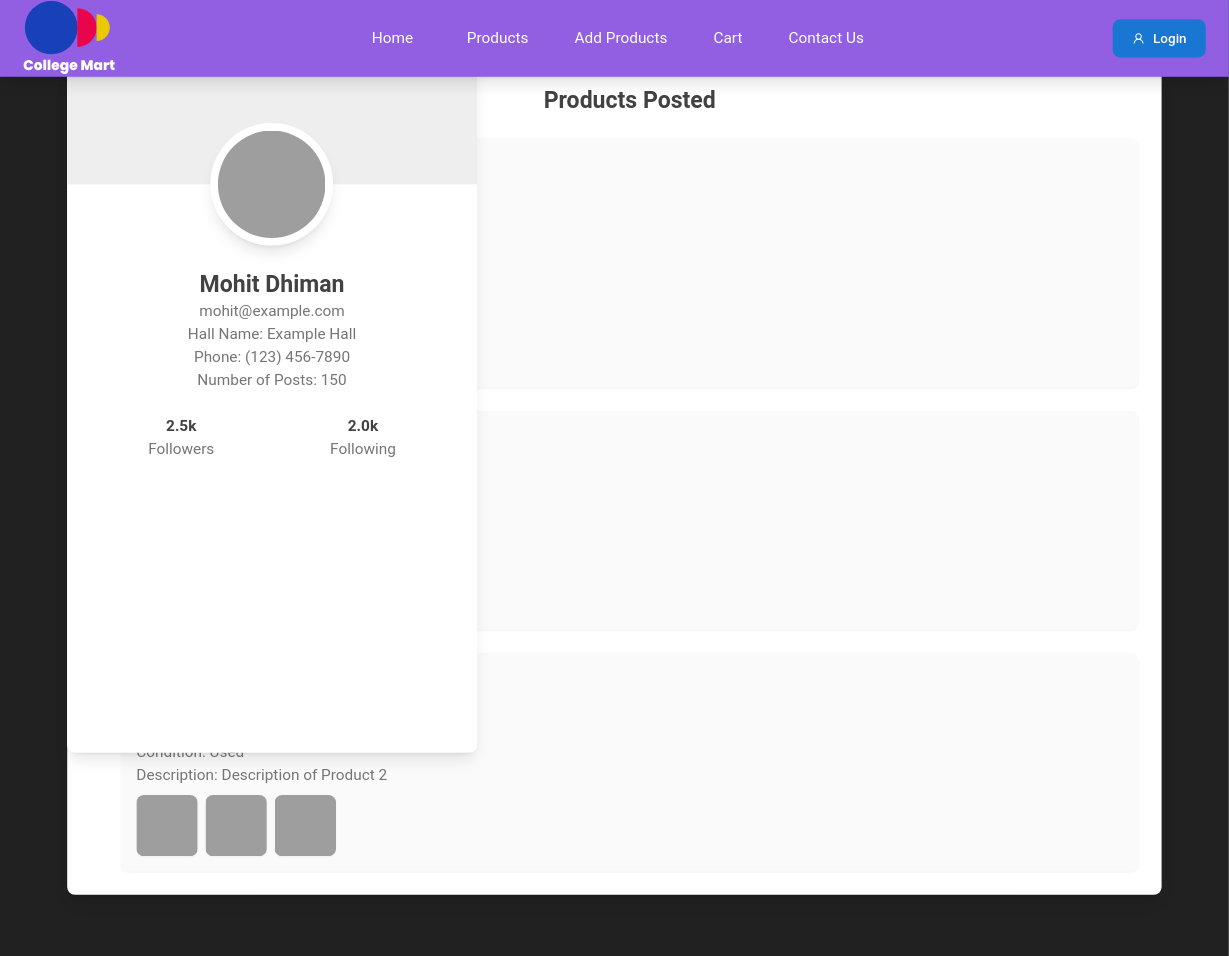
Repository: kumar1397/College-Mart
Page: /home/profile
An editor plug-in stored every save of this project. The page is shown before and after the next save, followed by the edit.
The browser window is 1280 px wide. The pictures show the whole page, at 96% of full size.
Pictures or frames that could not be fetched are drawn as grey boxes. Some web fonts or font styles are not loaded; a fallback is used. Some web libraries are served in a nearby version. The project was rebuilt for these pictures with package versions that can differ from the ones it lists, and the page was loaded fresh each time. Also part of the build but not shown: src/components/forgetPassword/forgetpassword.jsx, src/components/Auth.js, src/components/hero/Heronavbar.jsx, src/components/hero/footer.jsx, src/components/hero/Carousel.jsx, src/components/hero/Hero.jsx, src/components/new-home-page/header.jsx, src/components/new-home-page/footer_cont.jsx and 12 more.

Above is the page before, as saved 2024-07-15 15:42:23.

### public/index.html
<!DOCTYPE html>
<html lang="en">
  <head>
    <meta charset="utf-8" />
    <!-- <link rel="icon" href="%PUBLIC_URL%/favicon.ico" /> -->
    <meta name="viewport" content="width=device-width, initial-scale=1" />
    <meta name="theme-color" content="#000000" />

    <meta
      name="description"
      content="Web site created using create-react-app"
    />
    <link rel="preconnect" href="https://fonts.googleapis.com" />
    <link rel="preconnect" href="https://fonts.gstatic.com" crossorigin />
    <link
      href="https://fonts.googleapis.com/css2?family=Playwrite+GB+S:ital,wght@0,100..400;1,100..400&display=swap"
      rel="stylesheet"
    />
    <link rel="preconnect" href="https://fonts.googleapis.com" />
    <link rel="preconnect" href="https://fonts.gstatic.com" crossorigin />
    <link
      href="https://fonts.googleapis.com/css2?family=Archivo:ital,wght@0,100..900;1,100..900&family=Exo+2:ital,wght@0,600;1,600&display=swap"
      rel="stylesheet"
    />
    <link rel="preconnect" href="https://fonts.googleapis.com" />
    <link rel="preconnect" href="https://fonts.gstatic.com" crossorigin />
    <link
      href="https://fonts.googleapis.com/css2?family=Archivo:ital,wght@0,100..900;1,100..900&family=Exo+2:ital,wght@0,600;1,600&family=Montserrat+Alternates:ital,wght@0,100;0,200;0,300;0,400;0,500;0,600;0,700;0,800;0,900;1,100;1,200;1,300;1,400;1,500;1,600;1,700;1,800;1,900&display=swap"
      rel="stylesheet"
    />
    <link
      rel="stylesheet"
      type="text/css"
      charset="UTF-8"
      href="https://cdnjs.cloudflare.com/ajax/libs/slick-carousel/1.6.0/slick.min.css"
    />
    <link
      rel="stylesheet"
      type="text/css"
      href="https://cdnjs.cloudflare.com/ajax/libs/slick-carousel/1.6.0/slick-theme.min.css"
    />
    <!-- <link rel="apple-touch-icon" href="%PUBLIC_URL%/logo192.png" /> -->
    <!-- <link rel="manifest" href="%PUBLIC_URL%/manifest.json" /> -->
    <title>College Mart</title>
  </head>

  <body>
    <noscript>You need to enable JavaScript to run this app.</noscript>
    <div id="root"></div>
  </body>
</html>

### src/index.js
import React from 'react';
import ReactDOM from 'react-dom/client';
import './index.css';
import App from './App';
import reportWebVitals from './reportWebVitals';
// import { BrowserRouter } from 'react-router-dom';

import { ThemeProvider } from "@material-tailwind/react";

const root = ReactDOM.createRoot(document.getElementById('root'));
root.render(

    <React.StrictMode>
      <ThemeProvider>
      <App />
      </ThemeProvider>
    </React.StrictMode>

);

// If you want to start measuring performance in your app, pass a function
// to log results (for example: reportWebVitals(console.log))
// or send to an analytics endpoint. Learn more: https://bit.ly/CRA-vitals
reportWebVitals();

### src/index.css
@tailwind base;
@tailwind components;
@tailwind utilities;


.bgblackAuth {
  background: url('/public/Frame2.svg');
}

.bgcolorAuth {
  background: url('/public/colorbg.svg ')
}

.hnavbg {
  background: url('/public/hnavbg.svg');
  background-size: 100%;
}

.herohomebg {
  background: url('/public/homebg.svg') no-repeat;
  background-size: 100%;
}

@import url('https://fonts.googleapis.com/css2?family=Roboto:wght@400;500;700&display=swap');


.playwrite {
  font-family: "Playwrite GB S", cursive;
  font-optical-sizing: auto;
  font-weight: 400;
  font-style: normal;
}

.exo {
  font-family: "Exo 2", sans-serif;
  font-optical-sizing: auto;
  font-weight: 600;
  font-style: normal;
}

.mont {
  font-family: "Montserrat Alternates", sans-serif;
  font-weight: 300;
  font-style: normal;
}

### src/App.js
import Auth from "./components/Auth";
import Hero from "./components/hero/Hero";
import Home02 from "./components/new-home-page/parent";
import { AuthProvider } from "./contexts/AuthContext";
import ContactUs from "./components/contact-us/contact";
import { Route, Routes, BrowserRouter as Router } from "react-router-dom";
import ProductFormCard from "./components/product/newProduct";
import Profile from "./components/profile/profile";
import ResetPassword from "./components/forgetPassword/resetpassword";
import ForgotPassword from "./components/forgetPassword/forgetpassword";

function App() {
  return (
    <div>
      <Router>
        <AuthProvider>
          <Routes>
            <Route exact path="/" element={<Hero />} />
            <Route path="/auth" element={<Auth />} />
            <Route path="/home" element={<Home02 />} />
            <Route path="/home/profile" element={<Profile />} />
            <Route path="/home/form" element={<ProductFormCard />} />
            <Route path="/contactus" element={<ContactUs />} />
            <Route path="/forgot_password" element={<ForgotPassword/>} />
            <Route path="/reset/:token" element={< ResetPassword/>} />
          </Routes>
        </AuthProvider>
      </Router>
    </div>
  );
}

export default App;

### src/contexts/AuthContext.js
import React, { createContext, useState, useEffect } from "react";
import { useNavigate } from "react-router-dom";

const AuthContext = createContext();

export const AuthProvider = ({ children }) => {
  const [user, setUser] = useState(null);
  const navigate = useNavigate();

  useEffect(() => {
    const token = localStorage.getItem("token");
    const storedUser = JSON.parse(localStorage.getItem("user"));

    if (token && storedUser) {
      setUser(storedUser);
    } else {
      // navigate("");
    }
  }, [navigate]);

  const login = (userData, token) => {
    localStorage.setItem("token", token);
    localStorage.setItem("user", JSON.stringify(userData));
    setUser(userData);
    navigate("/home");
  };

  const logout = () => {
    localStorage.removeItem("token");
    localStorage.removeItem("user");
    setUser(null);
    navigate("/auth");
  };

  return (
    <AuthContext.Provider value={{ user, login, logout }}>
      {children}
    </AuthContext.Provider>
  );
};

export default AuthContext;

### src/components/profile/profile.jsx
import React from "react";
import ProductComponent  from "./UserProfile";
import { FontAwesomeIcon } from '@fortawesome/react-fontawesome';
import { faPhone, faEnvelope } from '@fortawesome/free-solid-svg-icons';
import Navbar from "../new-home-page/navbar";
const products = [
    {
        id: 1,
        name: "Product 1",
        tag: "Tag 1",
        buyDate: "2023-01-01",
        condition: "New",
        description: "Description of Product 1",
        images: ["/logo192.png", "/shoes01.webp","/ycle.webp"]
    },
    {
        id: 2,
        name: "Product 2",
        tag: "Tag 2",
        buyDate: "2023-02-01",
        condition: "Used",
        description: "Description of Product 2",
        images: ["/logo192.png", "/shoes01.webp","/ycle.webp"]
    },
    {
        id: 3,
        name: "Product 3",
        tag: "Tag 3",
        buyDate: "2023-02-01",
        condition: "Used",
        description: "Description of Product 2",
        images: ["/logo192.png", "/shoes01.webp","/ycle.webp"]
    }

];
export default function Profile() {
    return (
        <>
            <Navbar />
            <div className="bg-gray-900 min-h-screen flex">
                <div className="container mx-auto my-16 flex">
                    <div className="lg:w-1/3 bg-white rounded-lg shadow-lg overflow-hidden fixed h-full">
                        <div className="h-32 bg-gray-200"></div>
                        <div className="flex justify-center -mt-16">
                            <img className="h-32 w-32 bg-white p-2 rounded-full shadow-lg" src="https://images.unsplash.com/photo-1535713875002-d1d0cf377fde?ixid=MnwxMjA3fDB8MHxwaG90by1wYWdlfHx8fGVufDB8fHx8&ixlib=rb-1.2.1&auto=format&fit=crop&w=2000&q=80" alt="Profile" />
                        </div>
                        <div className="p-6 text-center">
                            <h2 className="text-2xl font-semibold text-gray-800">Mohit Dhiman</h2>
                            <p className="text-gray-600">mohit@example.com</p>
                            <p className="text-gray-600">Hall Name: Example Hall</p>
                            <p className="text-gray-600">Phone: (123) 456-7890</p>
                            <p className="text-gray-600">Number of Posts: 150</p>
                            <div className="mt-6 flex justify-around">
                                <div className="text-center">
                                    <p className="font-semibold text-gray-800">2.5k</p>
                                    <p className="text-gray-600">Followers</p>
                                </div>
                                <div className="text-center">
                                    <p className="font-semibold text-gray-800">2.0k</p>
                                    <p className="text-gray-600">Following</p>
                                </div>
                            </div>
                        </div>
                    </div>

                    <div className="lg:ml-1/3 w-full bg-white rounded-lg shadow-lg overflow-y-auto h-full pl-8">
                        <div className="p-6">
                            <h2 className="text-2xl font-semibold text-gray-800 text-center">Products Posted</h2>
                            <div className="mt-6 space-y-6">
                                {products.map((product, index) => (
                                    <div key={product.id} className="p-4 bg-gray-50 rounded-lg shadow-sm">
                                        <h3 className="text-xl font-bold text-gray-800">{product.name}</h3>
                                        <p className="text-gray-600">{product.tag}</p>
                                        <p className="text-gray-600">Buy Date: {product.buyDate}</p>
                                        <p className="text-gray-600">Condition: {product.condition}</p>
                                        <p className="text-gray-600">Description: {product.description}</p>
                                        <div className="mt-2 flex space-x-2">
                                            {product.images.map((image, imgIndex) => (
                                                <img key={imgIndex} src={image} alt={`Product ${product.id}`} className="w-16 h-16 rounded-lg shadow-sm" />
                                            ))}
                                        </div>
                                        {index === 0 && <p className="mt-2 text-green-500 font-semibold">Status: Sold</p>}
                                    </div>
                                ))}
                            </div>
                        </div>
                    </div>
                </div>
            </div>
        </>


    )
}

### src/components/new-home-page/navbar.jsx
import React, { useState, useContext } from "react";
import { Link } from "react-router-dom";
import {
  AiOutlineClose,
  AiOutlineMenu,
  AiOutlineUser,
  AiOutlineLogout,
} from "react-icons/ai";
import AuthContext from "../../contexts/AuthContext";
import Logo from "./logo.svg"
const Navbar = () => {
  const { user, logout } = useContext(AuthContext);
  const [nav, setNav] = useState(false);
  const [isDropdownOpen, setIsDropdownOpen] = useState(false);

  const navItems = [
    { id: 1, text: "Home", path: "/" },
    { id: 2, text: "Products", path: "/products" },
    { id: 3, text: "Add Products", path: "/add-products" },
    { id: 4, text: "Cart", path: "/cart" },
    { id: 4, text: "Contact Us", path: "/contactus" },
  ];

  const handleNav = () => setNav(!nav);
  const toggleDropdown = () => setIsDropdownOpen(!isDropdownOpen);

  return (
    <div className="bg-[#925FE2] shadow-lg flex justify-between z-20 items-center h-20 w-full px-6 text-white fixed">
      <div className="flex items-center space-x-2">
        <div className=" w-24 max-w-24"><img src={Logo} alt="" /></div>
      </div>

      <ul className="hidden md:flex space-x-4">
        {navItems.map((item) => (
          <li
            key={item.id}
            className="p-4 hover:bg-white rounded-xl m-2 cursor-pointer duration-300 hover:text-black"
          >
            <Link to={item.path}>{item.text}</Link>
          </li>
        ))}
      </ul>

      <div className="block md:hidden" onClick={handleNav}>
        {nav ? <AiOutlineClose size={20} /> : <AiOutlineMenu size={20} />}
      </div>

      <ul
        className={`fixed top-0 left-0 w-[60%] h-full border-r border-r-gray-900 bg-[#000300] ease-in-out duration-500 ${
          nav ? "left-0" : "left-[-100%]"
        } md:hidden`}
      >
        <h1 className="w-full text-3xl font-bold text-[#00df9a] m-4">REACT.</h1>
        {navItems.map((item) => (
          <li
            key={item.id}
            className="p-4 border-b rounded-xl hover:bg-[#00df9a] duration-300 hover:text-black cursor-pointer border-gray-600"
          >
            <Link to={item.path}>{item.text}</Link>
          </li>
        ))}
      </ul>

      <div className="relative flex items-center space-x-4">
        {user ? (
          <>
            <button
              id="dropdownDefaultButton"
              onClick={toggleDropdown}
              className="flex items-center text-white bg-blue-700 hover:bg-blue-800 focus:ring-4 focus:outline-none focus:ring-blue-300 font-medium rounded-lg text-sm px-5 py-2.5 dark:bg-blue-600 dark:hover:bg-blue-700 dark:focus:ring-blue-800"
              type="button"
            >
              <AiOutlineUser className="w-6 h-6 mr-2" />
              <span>{user.name}</span>
              <svg
                className="w-2.5 h-2.5 ml-2"
                aria-hidden="true"
                xmlns="http://www.w3.org/2000/svg"
                fill="none"
                viewBox="0 0 10 6"
              >
                <path
                  stroke="currentColor"
                  strokeLinecap="round"
                  strokeLinejoin="round"
                  strokeWidth="2"
                  d="m1 1 4 4 4-4"
                />
              </svg>
            </button>
            {isDropdownOpen && (
              <div
                id="dropdown"
                className="absolute top-full mt-2 z-10 bg-white divide-y divide-gray-100 w-44 rounded-lg shadow dark:bg-gray-700"
              >
                <ul className="py-2 text-sm text-gray-700 dark:text-gray-200">
                  <li>
                    <Link
                      to="/home/profile"
                      className=" px-4 py-2 hover:bg-gray-100 dark:hover:bg-gray-600 dark:hover:text-white w-full text-left flex items-center"
                    >
                      <AiOutlineUser className="mr-2" />
                      Profile
                    </Link>
                  </li>
                  <li>
                    <button
                      className=" px-4 py-2 hover:bg-gray-100 dark:hover:bg-gray-600 dark:hover:text-white w-full text-left flex items-center"
                      onClick={logout}
                    >
                      <AiOutlineLogout className="mr-2" />
                      Logout
                    </button>
                  </li>
                </ul>
              </div>
            )}
          </>
        ) : (
          <Link
            to="/login"
            className="flex items-center px-5 py-2.5 bg-blue-700 hover:bg-blue-800 focus:ring-4 focus:outline-none focus:ring-blue-300 text-sm font-medium rounded-lg dark:bg-blue-600 dark:hover:bg-blue-700 dark:focus:ring-blue-800"
          >
            <AiOutlineUser className="mr-2" />
            Login
          </Link>
        )}
      </div>
    </div>
  );
};

export default Navbar;

### tailwind.config.js
/** @type {import('tailwindcss').Config} */

// const withMT = require("@material-tailwind/react/utils/withMT");

// const config={
//   content: [
//     "./src/**/*.{js,jsx,ts,tsx}",
//   ],
//   theme: {
//     extend: {},
//   },
//   plugins: [],
// }

// module.exports = withMT(config);

const withMT = require("@material-tailwind/react/utils/withMT");

module.exports = withMT({
  content: ["./src/**/*.{js,jsx,ts,tsx}"],
  theme: {
    extend: {
      keyframes: {
        gradient: {
          '0%': { backgroundPosition: '0% 50%' },
          '50%': { backgroundPosition: '100% 50%' },
          '100%': { backgroundPosition: '0% 50%' },
        },
      },
      animation: {
        'gradient-bg': 'gradient 15s ease infinite',
      },
      backgroundImage: {
        'gradient-radial': 'radial-gradient(circle, var(--tw-gradient-stops))',
        'gradient-linear': 'linear-gradient(270deg, #ff9a9e, #fad0c4, #fad0c4, #ff9a9e)',
      },
    },
  },
  plugins: [],
});

Loaded but not shown: src/reportWebVitals.js (common file)

After the next save:
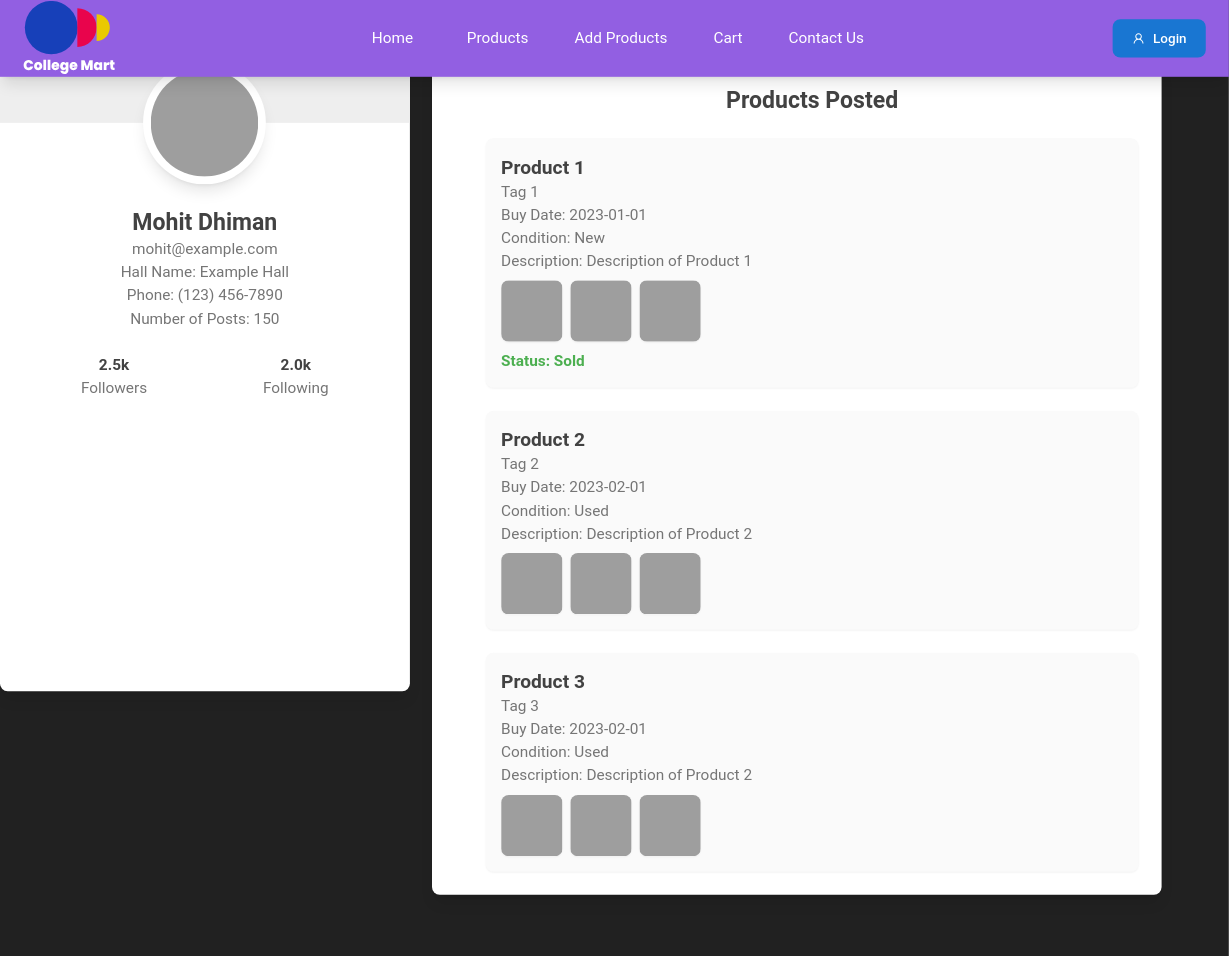
Saved 3 min 13 s later.
--- a/src/components/profile/profile.jsx
+++ b/src/components/profile/profile.jsx
@@ -39,7 +39,7 @@ export default function Profile() {
             <Navbar />
             <div className="bg-gray-900 min-h-screen flex">
                 <div className="container mx-auto my-16 flex">
-                    <div className="lg:w-1/3 bg-white rounded-lg shadow-lg overflow-hidden fixed h-full">
+                    <div className="lg:w-1/3 bg-white rounded-lg shadow-lg overflow-hidden h-full fixed top-0 left-0">
                         <div className="h-32 bg-gray-200"></div>
                         <div className="flex justify-center -mt-16">
                             <img className="h-32 w-32 bg-white p-2 rounded-full shadow-lg" src="https://images.unsplash.com/photo-1535713875002-d1d0cf377fde?ixid=MnwxMjA3fDB8MHxwaG90by1wYWdlfHx8fGVufDB8fHx8&ixlib=rb-1.2.1&auto=format&fit=crop&w=2000&q=80" alt="Profile" />
@@ -63,7 +63,7 @@ export default function Profile() {
                         </div>
                     </div>
 
-                    <div className="lg:ml-1/3 w-full bg-white rounded-lg shadow-lg overflow-y-auto h-full pl-8">
+                    <div className="lg:ml-1/3 w-full bg-white rounded-lg shadow-lg overflow-y-auto h-full pl-8" style={{ marginLeft: "33.3333%" }}>
                         <div className="p-6">
                             <h2 className="text-2xl font-semibold text-gray-800 text-center">Products Posted</h2>
                             <div className="mt-6 space-y-6">
